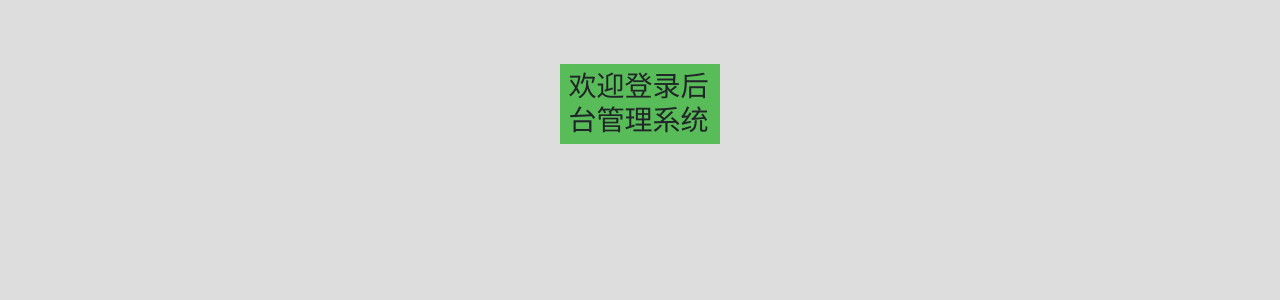
Repository: gzh51904/baiyangApp
Page: / (app in houtai/Vue-admin/)
These files come from the project's save history. The page is drawn as it stood at one moment and after the next save; the edit follows.
The browser window is 1280 px wide. The pictures show the whole page.
The project was rebuilt for these pictures with package versions that can differ from the ones it lists, and the page was loaded fresh each time. Also part of the build but not shown: houtai/Vue-admin/vue.config.js.

Above is the page before, as saved 2019-05-10 21:34:37.

### houtai/Vue-admin/public/index.html
<!DOCTYPE html>
<html lang="en">
  <head>
    <meta charset="utf-8">
    <meta http-equiv="X-UA-Compatible" content="IE=edge">
    <meta name="viewport" content="width=device-width,initial-scale=1.0">
    <link rel="icon" href="<%= BASE_URL %>favicon.ico">
    <title>secco-admin</title>
    <style>
    html,body{
      width:100%;
      height:100%;
    }

    </style>
  </head>
  <body>

    <div id="app"></div>
    <!-- built files will be auto injected -->
  </body>
</html>

### houtai/Vue-admin/src/main.js
import Vue from 'vue'
import App from './App.vue'
import router from './router/router'
import store from './store'

// import axios from "axios";
// Vue.prototype.$axios = axios;

// import bootstrap lib to the project,没有路径就会直接去找node_modules
import "bootstrap";

import 'lib-flexible';
Vue.config.productionTip = false

new Vue({
  router,
  store,
  render: h => h(App)
}).$mount('#app')

### houtai/Vue-admin/src/App.vue
<template>
  <div id="app">

    <router-view/>
  </div>
</template>
<script>
export default {

}
</script>

<style>
@import  '../node_modules/bootstrap/dist/css/bootstrap.css';

#app{
  height:100%;
  width:100%;
  background-color: #ddd;
  overflow:hidden;
}
</style>

### houtai/Vue-admin/src/router/router.js
import Vue from 'vue'
import Router from 'vue-router'
import Login from '../pages/login.vue'


Vue.use(Router)

export default new Router({
  mode: 'history',
  base: process.env.BASE_URL,
  routes: [
    {
      path: '/',
      name: 'Login',
      component: Login
    },
    {
      path: '/admin',
      name: 'admin',
      meta: {
        requireAuth: true
      },
      // route level code-splitting
      // this generates a separate chunk (about.[hash].js) for this route
      // which is lazy-loaded when the route is visited.
      component: () => import(/* webpackChunkName: "about" */ '../pages/admin/admin.vue'),
      children: [
        {
          path: 'basic',
          name: 'basic',
          title: '基本表格',
          component: () => import('../pages/admin/basic')
        }
      ]
    }
  ]
})

### houtai/Vue-admin/src/store/index.js
import Vue from 'vue'
import Vuex from 'vuex'
import createPersistedState from 'vuex-persistedstate'

Vue.use(Vuex)

/* eslint-disable no-new */
const store = new Vuex.Store({
  plugins: [createPersistedState()],
  modules: {
  }
})

export default store

### houtai/Vue-admin/src/pages/login.vue
<template>
<div class="login">
    <h3>欢迎登录后台管理系统</h3>
</div>
</template>
<script>
export default {

}
</script>
<style lang="scss" scoped>
.login{
    margin: 4rem auto;
    overflow:hidden;
    width: 10rem;
    /* height:5rem; */
    background-color:#58bc58;
    padding:.266667rem .533333rem;
    h3{
        margin: .133333rem auto;
    }
}
</style>

After the next save:
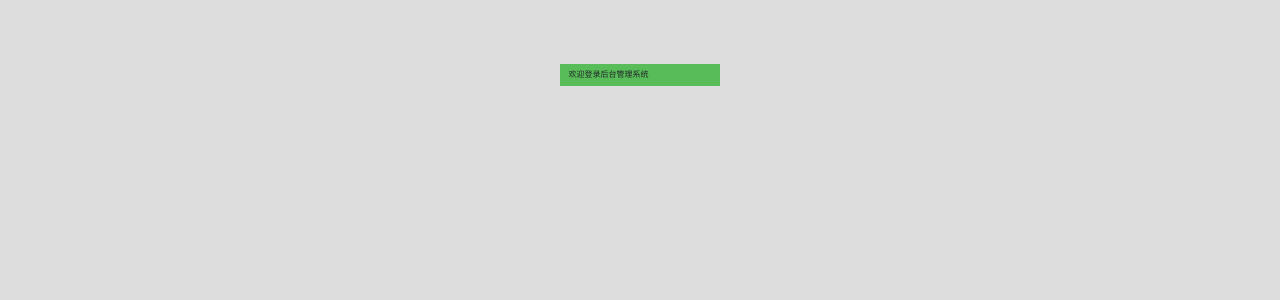
Saved 116 s later.
--- a/houtai/Vue-admin/src/pages/login.vue
+++ b/houtai/Vue-admin/src/pages/login.vue
@@ -18,6 +18,7 @@ export default {
     padding:.266667rem .533333rem;
     h3{
         margin: .133333rem auto;
+        font-size: .5rem;
     }
 }
 </style>
